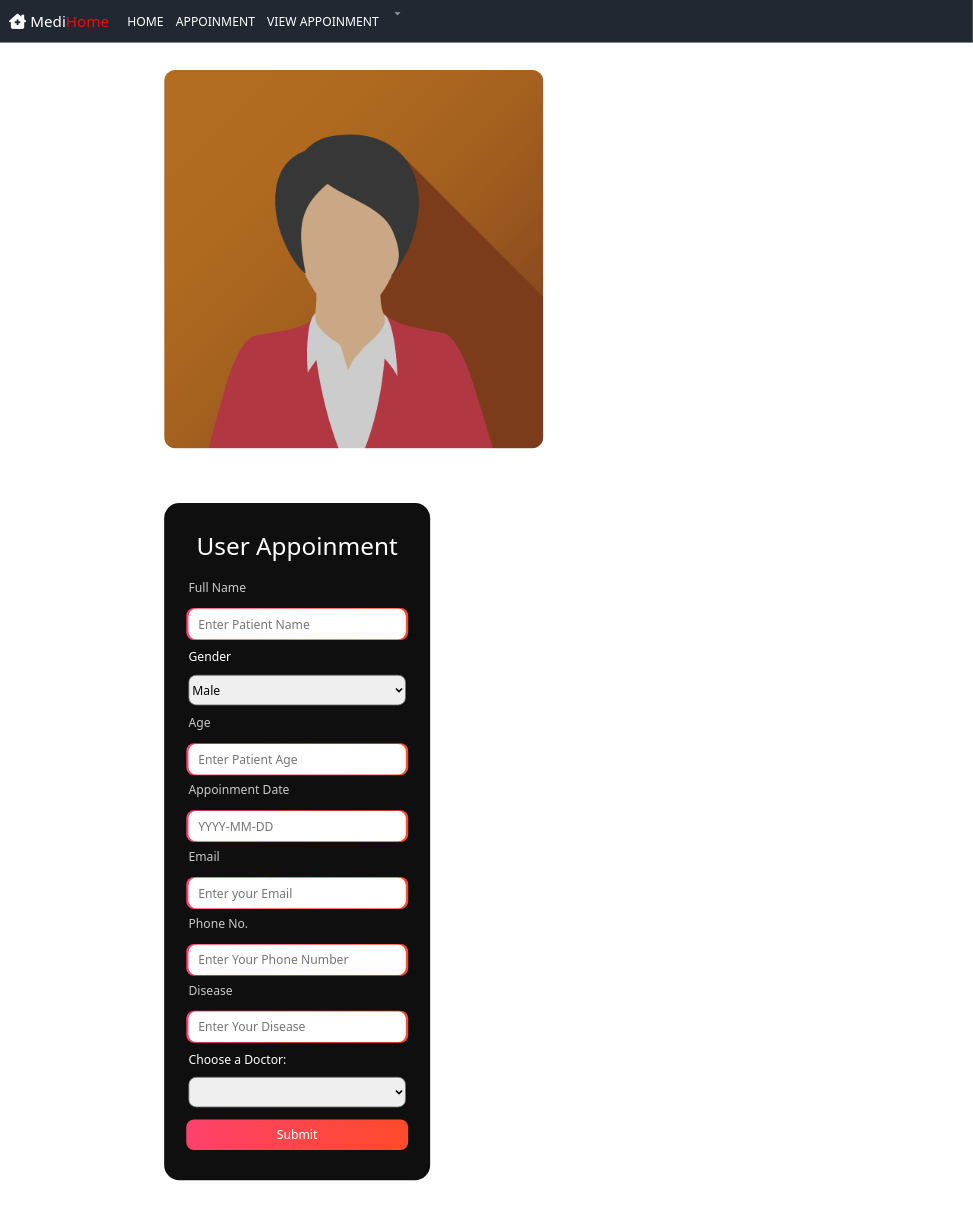
Repository: SparshGarg1/Hostel_Managment_System
Page: http://localhost/Hostel/studentbookroom.jsp
An editor plug-in stored every save of this project. The page is shown before and after the next save, followed by the edit.
The browser window is 1280 px wide. The pictures show the whole page, at 76% of full size.
Some web libraries are served in a nearby version. The page is served by Tomcat 9. Queries for data that is not in the repository find no rows.

Above is the page before, as saved 2023-06-18 02:52:08.

After the next save:
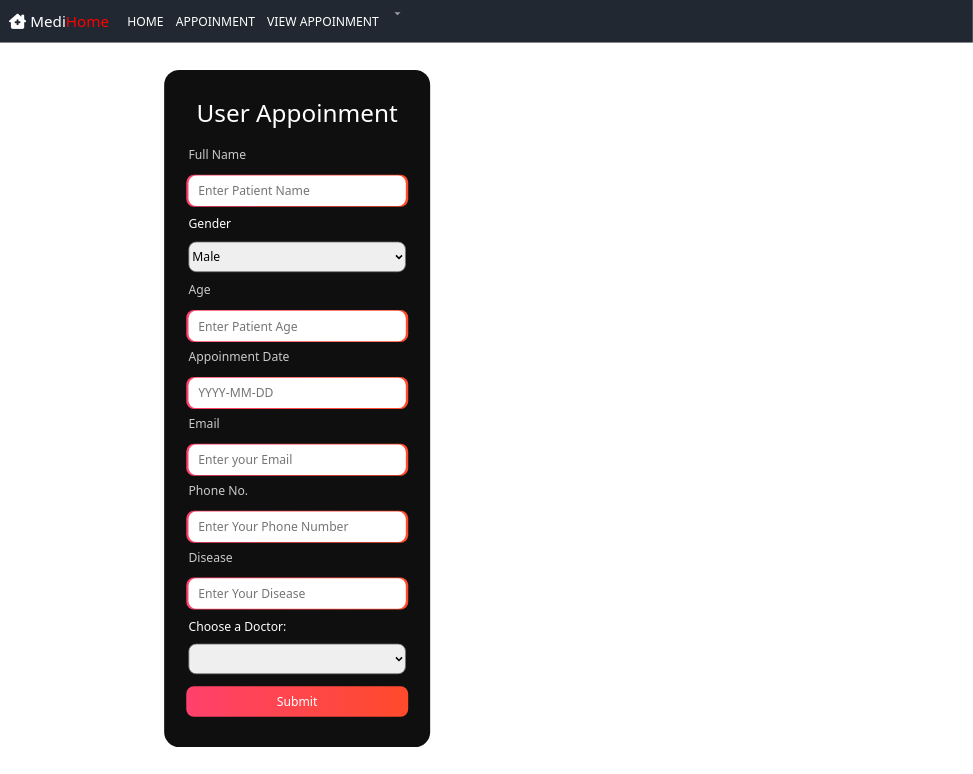
Saved 26 s later.
--- a/Hostel/WebContent/studentbookroom.jsp
+++ b/Hostel/WebContent/studentbookroom.jsp
@@ -165,9 +165,7 @@
 
 
 <div class="main">
-    <div class="image">
-        <img src="img/doc-3.jpg" alt="">
-    </div>
+
     <div class="contain">
         <p class="head">User Appoinment</p>
         <form action="UserAppoinmentSubmit?email=<%=email %>" method="post">
